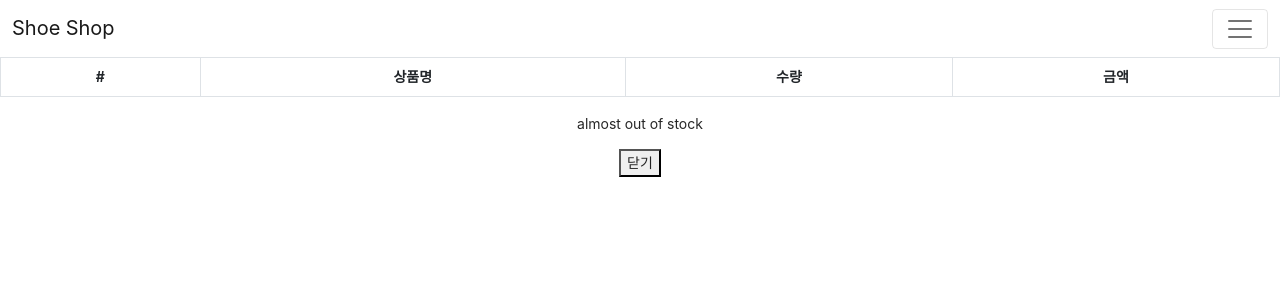
Repository: yangddoddi/shoe-store-pwa
Page: /#/cart
The author's editor kept a copy of each file at every save. The page is drawn from the files as they stood at one save, then again after a run of saves.
The browser window is 1280 px wide. The pictures show the whole page.
The project was rebuilt for these pictures with package versions that can differ from the ones it lists, and the page was loaded fresh each time.

Above is the page before, as saved 2022-04-11 11:36:02.

### public/index.html
<!DOCTYPE html>
<html lang="en">

<head>
  <meta charset="utf-8" />
  <link rel="icon" href="%PUBLIC_URL%/favicon.ico" />
  <meta name="viewport" content="width=device-width, initial-scale=1" />
  <meta name="theme-color" content="#000000" />
  <meta name="description" content="Web site created using create-react-app" />
  <link rel="apple-touch-icon" href="%PUBLIC_URL%/logo192.png" />
  <!--
      manifest.json provides metadata used when your web app is installed on a
      user's mobile device or desktop. See https://developers.google.com/web/fundamentals/web-app-manifest/
    -->
  <link rel="manifest" href="%PUBLIC_URL%/manifest.json" />
  <link rel="stylesheet" href="https://cdn.jsdelivr.net/npm/bootstrap@5.1.3/dist/css/bootstrap.min.css"
    integrity="sha384-1BmE4kWBq78iYhFldvKuhfTAU6auU8tT94WrHftjDbrCEXSU1oBoqyl2QvZ6jIW3" crossorigin="anonymous" />
  <!--
      Notice the use of %PUBLIC_URL% in the tags above.
      It will be replaced with the URL of the `public` folder during the build.
      Only files inside the `public` folder can be referenced from the HTML.

      Unlike "/favicon.ico" or "favicon.ico", "%PUBLIC_URL%/favicon.ico" will
      work correctly both with client-side routing and a non-root public URL.
      Learn how to configure a non-root public URL by running `npm run build`.
    -->
  <title>React App</title>
</head>

<body>
  <noscript>You need to enable JavaScript to run this app.</noscript>
  <div id="root"></div>
  <!--
      This HTML file is a template.
      If you open it directly in the browser, you will see an empty page.

      You can add webfonts, meta tags, or analytics to this file.
      The build step will place the bundled scripts into the <body> tag.

      To begin the development, run `npm start` or `yarn start`.
      To create a production bundle, use `npm run build` or `yarn build`.
    -->
</body>

</html>

### src/index.js
import React from "react";
import * as ReactDOM from "react-dom/client";
import "./index.css";
import App from "./App";
import * as serviceWorkerRegistration from "./serviceWorkerRegistration";
import reportWebVitals from "./reportWebVitals";

import { HashRouter } from "react-router-dom";
import { Provider } from "react-redux";
import { combineReducers, createStore } from "redux";

let defaultState = [
  // { id: 0, name: "good shoes", quantity: 1, price: 100 },
  // { id: 1, name: "air Max 97", quantity: 1, price: 200 },
  // { id: 2, name: "NB 993", quantity: 1, price: 250 },
  // { id: 3, name: "bad shoes", quantity: 1, price: 10 },
  // { id: 4, name: "slippers", quantity: 1, price: 90 },
  // { id: 5, name: "baby shoes", quantity: 1, price: 500 },
];

let alertDefault = true;

let store = createStore(combineReducers({ reducer, reducer2 }));

function reducer(state = defaultState, action) {
  let setState = [...state];

  if (action.type === "order") {
    const sameProduct = setState.find((e) => e.id == action.payload.id);
    if (sameProduct) {
      sameProduct.quantity++;
      return setState;
    } else {
      setState.push(action.payload);
      return setState;
    }
  }

  if (action.type === "increase") {
    console.log(action.payload.id);
    const sameProduct = setState.find((e) => e.id == action.payload.id);
    if (sameProduct) {
      sameProduct.quantity++;
      return setState;
    }
  } else if (action.type === "decrease") {
    const sameProduct = setState.find((e) => e.id == action.payload.id);
    if (sameProduct && sameProduct.quantity > 0) {
      sameProduct.quantity--;
      return setState;
    }
  }
  {
    return state;
  }
}

function reducer2(state = alertDefault, action) {
  let setState = state;
  if (action.type === "exitAlert") {
    setState = false;
    return setState;
  } else return setState;
}

const root = ReactDOM.createRoot(document.getElementById("root"));
root.render(
  <HashRouter>
    <Provider store={store}>
      <App />
    </Provider>
  </HashRouter>
);

// If you want your app to work offline and load faster, you can change
// unregister() to register() below. Note this comes with some pitfalls.
// Learn more about service workers: https://cra.link/PWA
serviceWorkerRegistration.register();

// If you want to start measuring performance in your app, pass a function
// to log results (for example: reportWebVitals(console.log))
// or send to an analytics endpoint. Learn more: https://bit.ly/CRA-vitals
reportWebVitals();

### src/App.js
import React, { useState, useContext, lazy, Suspense } from "react";
import "./App.css";
import { Link, Route, Switch, useHistory } from "react-router-dom";
import axios from "axios";

import {
  Navbar,
  Container,
  Offcanvas,
  Nav,
  Form,
  Button,
  NavDropdown,
  FormControl,
} from "react-bootstrap";
import CartPage from "./Cart.js";
import productData from "./data.js";
// import DetailPageItem from "./detailPageItems.js";
let Detail = lazy(() => import("./detailPageItems.js"));

let stockContext = React.createContext();

let recentlyViewedProduct = localStorage.getItem("data");
let recentlyViewedArr = JSON.parse(recentlyViewedProduct);

function App() {
  let history = useHistory();

  let [product, setProduct] = useState(productData);
  let [loading, setLoading] = useState(false);
  let [stock, setStock] = useState([3, 7, 2]);

  function loadItems() {
    setLoading(true);
    axios
      .get("https://codingapple1.github.io/shop/data2.json")
      .then((json) => {
        setProduct([...product, ...json.data]);
        setLoading(false);
      })
      .catch(() => {
        alert("서버 요청에 실패했습니다.");
      });
  }

  return (
    <div className="App">
      <NewNavbar />
      {recentlyViewedArr ? <Sidebar history={history} /> : null}
      <Switch>
        <Route exact path="/">
          <Jumbotron />
          <stockContext.Provider value={stock}>
            <ShopItemList product={product} history={history} />
          </stockContext.Provider>
          {loading ? <LoadingSpinner /> : null}
          <button className="btn btn-primary m-5" onClick={loadItems}>
            더보기
          </button>
        </Route>
        <Route path="/detail/:id">
          <Suspense fallback={<div>로딩중</div>}>
            <Detail product={product} stock={stock} setStock={setStock} />
          </Suspense>
        </Route>
        <Route path="/cart">
          <CartPage product={product} />
        </Route>
      </Switch>
    </div>
  );
}

function NewNavbar() {
  return (
    <Navbar bg="white" expand={false}>
      <Container fluid>
        <Navbar.Brand href="#">Shoe Shop</Navbar.Brand>
        <Navbar.Toggle aria-controls="offcanvasNavbar" />
        <Navbar.Offcanvas
          id="offcanvasNavbar"
          aria-labelledby="offcanvasNavbarLabel"
          placement="end"
        >
          <Offcanvas.Header closeButton>
            <Offcanvas.Title id="offcanvasNavbarLabel">
              Shoe Shop
            </Offcanvas.Title>
          </Offcanvas.Header>
          <Offcanvas.Body>
            <Nav className="justify-content-end flex-grow-1 pe-3">
              <Nav.Link as={Link} className="link" to="/">
                Home
              </Nav.Link>
              <Nav.Link as={Link} className="link" to="../cart">
                Cart
              </Nav.Link>
            </Nav>
          </Offcanvas.Body>
        </Navbar.Offcanvas>
      </Container>
    </Navbar>
  );
}

function Jumbotron() {
  return (
    <div className="jumbotron">
      <h1 className="display-4">premium shoe market!</h1>
      <p className="lead">All the shoes you want are on our page</p>
      <hr className="my-4" />
      <p>
        Reasonable price <br />
        The highest quality
      </p>
      <p className="lead">
        <a className="btn btn-primary btn-lg" href="#" role="button">
          Buy now
        </a>
      </p>
    </div>
  );
}

function ShopItemList(props) {
  return (
    <div className="container">
      <div className="row shopItemList">
        {props.product.map((e, i) => {
          return (
            <ShopItems
              product={e}
              index={i}
              key={e.id}
              history={props.history}
            />
          );
        })}
      </div>
    </div>
  );
}

function ShopItems(props) {
  let stock = useContext(stockContext);

  return (
    <div
      className="col-md-4 shopItem"
      onClick={() => {
        props.history.push(`/detail/${props.product.id}`);
      }}
    >
      <img
        src={`https://codingapple1.github.io/shop/shoes${
          props.product.id + 1
        }.jpg`}
      />
      <h5>{props.product.title}</h5>
      <p>{props.product.content}</p>
      <p>{props.product.price}</p>
      <p>stock : {stock[props.product.id]}</p>
    </div>
  );
}

function LoadingSpinner() {
  return (
    <div className="spinner-border text-primary loading" role="status">
      <span class="sr-only">Loading...</span>
    </div>
  );
}

function Sidebar(props) {
  return (
    <aside className="sidebar">
      <p>최근 본 상품</p>
      {recentlyViewedArr.map((num) => {
        return (
          <img
            src={`https://codingapple1.github.io/shop/shoes${num + 1}.jpg`}
            onClick={() => {
              props.history.push(`/detail/${num}`);
            }}
          />
        );
      })}
    </aside>
  );
}

export default App;

### src/serviceWorkerRegistration.js
// This optional code is used to register a service worker.
// register() is not called by default.

// This lets the app load faster on subsequent visits in production, and gives
// it offline capabilities. However, it also means that developers (and users)
// will only see deployed updates on subsequent visits to a page, after all the
// existing tabs open on the page have been closed, since previously cached
// resources are updated in the background.

// To learn more about the benefits of this model and instructions on how to
// opt-in, read https://cra.link/PWA

const isLocalhost = Boolean(
  window.location.hostname === 'localhost' ||
    // [::1] is the IPv6 localhost address.
    window.location.hostname === '[::1]' ||
    // 127.0.0.0/8 are considered localhost for IPv4.
    window.location.hostname.match(/^127(?:\.(?:25[0-5]|2[0-4][0-9]|[01]?[0-9][0-9]?)){3}$/)
);

export function register(config) {
  if (process.env.NODE_ENV === 'production' && 'serviceWorker' in navigator) {
    // The URL constructor is available in all browsers that support SW.
    const publicUrl = new URL(process.env.PUBLIC_URL, window.location.href);
    if (publicUrl.origin !== window.location.origin) {
      // Our service worker won't work if PUBLIC_URL is on a different origin
      // from what our page is served on. This might happen if a CDN is used to
      // serve assets; see https://github.com/facebook/create-react-app/issues/2374
      return;
    }

    window.addEventListener('load', () => {
      const swUrl = `${process.env.PUBLIC_URL}/service-worker.js`;

      if (isLocalhost) {
        // This is running on localhost. Let's check if a service worker still exists or not.
        checkValidServiceWorker(swUrl, config);

        // Add some additional logging to localhost, pointing developers to the
        // service worker/PWA documentation.
        navigator.serviceWorker.ready.then(() => {
          console.log(
            'This web app is being served cache-first by a service ' +
              'worker. To learn more, visit https://cra.link/PWA'
          );
        });
      } else {
        // Is not localhost. Just register service worker
        registerValidSW(swUrl, config);
      }
    });
  }
}

function registerValidSW(swUrl, config) {
  navigator.serviceWorker
    .register(swUrl)
    .then((registration) => {
      registration.onupdatefound = () => {
        const installingWorker = registration.installing;
        if (installingWorker == null) {
          return;
        }
        installingWorker.onstatechange = () => {
          if (installingWorker.state === 'installed') {
            if (navigator.serviceWorker.controller) {
              // At this point, the updated precached content has been fetched,
              // but the previous service worker will still serve the older
              // content until all client tabs are closed.
              console.log(
                'New content is available and will be used when all ' +
                  'tabs for this page are closed. See https://cra.link/PWA.'
              );

              // Execute callback
              if (config && config.onUpdate) {
                config.onUpdate(registration);
              }
            } else {
              // At this point, everything has been precached.
              // It's the perfect time to display a
              // "Content is cached for offline use." message.
              console.log('Content is cached for offline use.');

              // Execute callback
              if (config && config.onSuccess) {
                config.onSuccess(registration);
              }
            }
          }
        };
      };
    })
    .catch((error) => {
      console.error('Error during service worker registration:', error);
    });
}

function checkValidServiceWorker(swUrl, config) {
  // Check if the service worker can be found. If it can't reload the page.
  fetch(swUrl, {
    headers: { 'Service-Worker': 'script' },
  })
    .then((response) => {
      // Ensure service worker exists, and that we really are getting a JS file.
      const contentType = response.headers.get('content-type');
      if (
        response.status === 404 ||
        (contentType != null && contentType.indexOf('javascript') === -1)
      ) {
        // No service worker found. Probably a different app. Reload the page.
        navigator.serviceWorker.ready.then((registration) => {
          registration.unregister().then(() => {
            window.location.reload();
          });
        });
      } else {
        // Service worker found. Proceed as normal.
        registerValidSW(swUrl, config);
      }
    })
    .catch(() => {
      console.log('No internet connection found. App is running in offline mode.');
    });
}

export function unregister() {
  if ('serviceWorker' in navigator) {
    navigator.serviceWorker.ready
      .then((registration) => {
        registration.unregister();
      })
      .catch((error) => {
        console.error(error.message);
      });
  }
}

### src/App.css
@import "~antd/dist/antd.css";

.App {
  text-align: center;
}

.App-logo {
  height: 40vmin;
  pointer-events: none;
}

.sidebar {
  background-color: white;
  position: fixed;
  right: 0px;
  top: 100px;
  display: flex;
  flex-direction: column;
  width: 100px;
  opacity: 90%;
  border-radius: 10px;
  border: whitesmoke 1px solid;
}

.sidebar p {
  background-color: whitesmoke;
  color: black;
  padding: 10px 0px;
  border-radius: 10px;
  margin-bottom: 0px;
}

.sidebar img {
  padding-bottom: 10px;
  cursor: pointer;
  border: whitesmoke 1px solid;
}

.jumbotron {
  padding: 80px 0px;
  background-image: url(../src/shoes.jpg);
  background-size: cover;
  background-position: center;
  background-color: beige;
  color: white;
}

.jumbotron h1 {
  color: white;
}

.shopItem {
  margin-top: 50px;
}

.shopItem p {
  margin-bottom: 0px;
  color: rgba(0, 0, 0, 0.5);
}

.shopItemList img {
  width: 100%;
}

.loading {
  display: block;
  margin: 100px auto 50px auto;
}

.link {
  text-decoration: none;
}

.shopItemList {
  cursor: pointer;
}

@media (prefers-reduced-motion: no-preference) {
  .App-logo {
    animation: App-logo-spin infinite 20s linear;
  }
}

.App-header {
  background-color: #282c34;
  min-height: 100vh;
  display: flex;
  flex-direction: column;
  align-items: center;
  justify-content: center;
  font-size: calc(10px + 2vmin);
  color: white;
}

.App-link {
  color: #61dafb;
}

@keyframes App-logo-spin {
  from {
    transform: rotate(0deg);
  }
  to {
    transform: rotate(360deg);
  }
}

### src/Cart.js
import React, { useEffect } from "react";
import { Table } from "react-bootstrap";
import { useDispatch, useSelector } from "react-redux";

function Cart() {
  let state = useSelector((state) => state);
  let dispatch = useDispatch();

  return (
    <CartTable
      product={state.reducer}
      setAlert={state.reducer2}
      dispatch={dispatch}
    />
  );
}

function CartTable(props) {
  return (
    <>
      <Table striped bordered hover>
        <thead>
          <tr>
            <th>#</th>
            <th>상품명</th>
            <th>수량</th>
            <th>금액</th>
          </tr>
        </thead>
        <tbody>
          {props.product.map((e, i) => {
            return (
              <tr>
                <td>{e.id}</td>
                <td>{e.name}</td>
                <td>{e.quantity}</td>
                <td>{e.price * e.quantity}$</td>
                <td>
                  <button
                    onClick={() => {
                      props.dispatch({
                        type: "increase",
                        payload: { id: e.id },
                      });
                    }}
                  >
                    +
                  </button>
                  <button
                    onClick={() => {
                      props.dispatch({
                        type: "decrease",
                        payload: { id: e.id },
                      });
                    }}
                  >
                    -
                  </button>
                </td>
              </tr>
            );
          })}
        </tbody>
      </Table>

      {props.setAlert && (
        <div className="myAlert">
          <p>almost out of stock</p>
          <button
            onClick={() => {
              props.dispatch({ type: "exitAlert" });
            }}
          >
            닫기
          </button>{" "}
        </div>
      )}
    </>
  );
}

export default Cart;

### src/data.js
export default [
  {
    id: 0,
    title: "White and Black",
    content: "Born in France",
    price: 120000,
  },

  {
    id: 1,
    title: "Red Knit",
    content: "Born in Seoul",
    price: 110000,
  },

  {
    id: 2,

    title: "Grey Yordan",
    content: "Born in the States",
    price: 130000,
  },
];

Loaded but not shown: src/index.css (common file); src/reportWebVitals.js (common file)

After the next 2 saves:
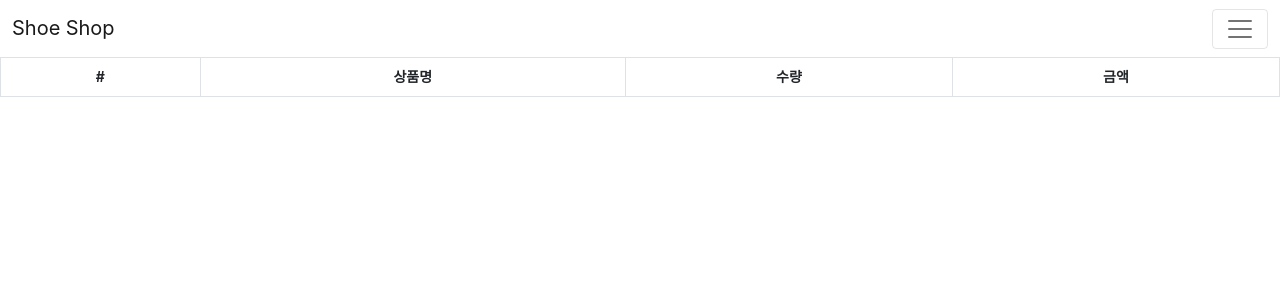
The 2 saves are shown as one change because 1 did not build or start.
The last was saved 32 s later.
--- a/src/Cart.js
+++ b/src/Cart.js
@@ -62,19 +62,6 @@ function CartTable(props) {
           })}
         </tbody>
       </Table>
-
-      {props.setAlert && (
-        <div className="myAlert">
-          <p>almost out of stock</p>
-          <button
-            onClick={() => {
-              props.dispatch({ type: "exitAlert" });
-            }}
-          >
-            닫기
-          </button>{" "}
-        </div>
-      )}
     </>
   );
 }
